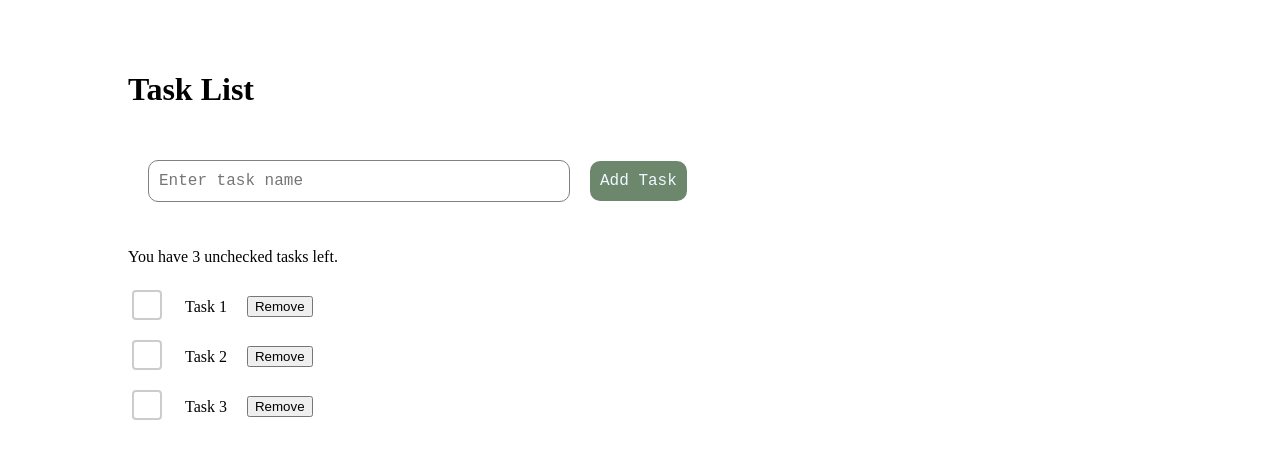
Repository: SandyLy453/task-list
Page: /
An editor plug-in stored every save of this project. The page is shown before and after the next save, followed by the edit.
The browser window is 1280 px wide. The pictures show the whole page.
The project was rebuilt for these pictures with package versions that can differ from the ones it lists, and the page was loaded fresh each time. Also part of the build but not shown: vite.config.js.

Above is the page before, as saved 2024-10-11 15:30:33.

### src/App.jsx
import { useState } from 'react';
import Task from './components/Task';
import TaskForm from './components/TaskForm';

function App() {
  const [tasks, setTasks] = useState([
    { name: 'Task 1', checked: false },
    { name: 'Task 2', checked: false },
    { name: 'Task 3', checked: false }
  ]);

  // Function to calculate the number of unchecked tasks
  const getUncheckedCount = () => {
    return tasks.filter((task) => !task.checked).length;
  };

  // Function to add a new task
  const addTask = (taskName) => {
    setTasks([...tasks, { name: taskName, checked: false }]); // New tasks are unchecked by default
  };

  // Function to remove a task
  const removeTask = (taskName) => {
    setTasks(tasks.filter((task) => task.name !== taskName));
  };

  // Function to toggle the task status
  const toggleTaskStatus = (taskName) => {
    const updatedTasks = tasks.map((task) =>
      task.name === taskName ? { ...task, checked: !task.checked } : task
    );
    setTasks(updatedTasks); // Update the task's checked status in the parent state
  };

  return (
    <>
      <div className="container">
        <h1>Task List</h1>
        <TaskForm addTask={addTask} />
        <p>You have {getUncheckedCount()} unchecked tasks left.</p>
        <div>
          {tasks.map((task, index) => (
            <Task
              key={index}
              name={task.name}
              checked={task.checked}
              toggleTaskStatus={toggleTaskStatus}
              removeTask={removeTask}
            />
          ))}
        </div>
      </div>
    </>
  );
}

export default App;

### src/index.css
.container {
  padding: 20px;
  margin: 30px 100px;
}

.inputBox {
  padding: 10px 0 10px 0;
}

.input {
  height: 20px;
  width: 400px;
  padding: 10px;
  font-size: 16px;
  font-family: monospace;
  margin: 20px;
  border-radius: 10px;
  border: 1px solid gray;
}

.sm-btn{
  height: 40px;
  padding: 10px;
  font-size: 16px;
  font-family: monospace;
  background-color: rgb(108, 135, 108);
  color: aliceblue;
  border: none;
  border-radius: 10px;
}

.sm-btn:hover {
  background-color: rgb(84, 103, 84);
}

.task {
  display: flex;
  flex-direction: row;
  align-items: center;
  gap: 20px;
}

.checkBox {
  width: 30px;
  height: 30px;
  appearance: none;
  background-color: white;
  border: 2px solid #ccc;
  border-radius: 4px;
  cursor: pointer;
  position: relative;
}

.checkBox:checked {
  color: rgb(108, 135, 108);
}

### src/components/Task.jsx
import { useRef, useEffect } from "react";

export default function Task({ name, checked, removeTask, toggleTaskStatus }) {
  const checkboxRef = useRef(null);
  const taskNameRef = useRef(null);

  useEffect(() => {
    const checkbox = checkboxRef.current;
    const crossText = taskNameRef.current;

    // Handle the initial checked state
    if (checked) {
      checkbox.checked = true;
      crossText.style.textDecoration = "line-through";
    } else {
      checkbox.checked = false;
      crossText.style.textDecoration = "none";
    }

    const handleCheckBoxChange = () => {
      toggleTaskStatus(name);
    };

    checkbox.addEventListener("change", handleCheckBoxChange);

    return () => {
      checkbox.removeEventListener("change", handleCheckBoxChange);
    };
  }, [name, checked, toggleTaskStatus]);

  return (
    <>
      <div className="task">
        <label>
          <input type="checkbox" ref={checkboxRef} className="checkBox"/>
        </label>
        <p ref={taskNameRef} className="content">{name}</p>
        <button className="task-delete" onClick={() => removeTask(name)}>
          Remove
        </button>
      </div>
    </>
  );
}

### src/components/TaskForm.jsx
import { useState } from "react";

export default function TaskForm({ addTask }) {
  const [inputValue, setInputValue] = useState("");

  const handleSubmit = (e) => {
    e.preventDefault();
    if (inputValue.trim() !== "") {
      addTask(inputValue);
      setInputValue(""); // clear the input
    }
  };

  return (
    <form onSubmit={handleSubmit} className="inputBox">
      <input
        type="text"
        value={inputValue}
        onChange={(e) => setInputValue(e.target.value)}
        placeholder="Enter task name"
        className="input"
      />
      <button type="submit" className="sm-btn">Add Task</button>
    </form>
  );
}

Loaded but not shown: index.html (common file); src/main.jsx (common file)

After the next save:
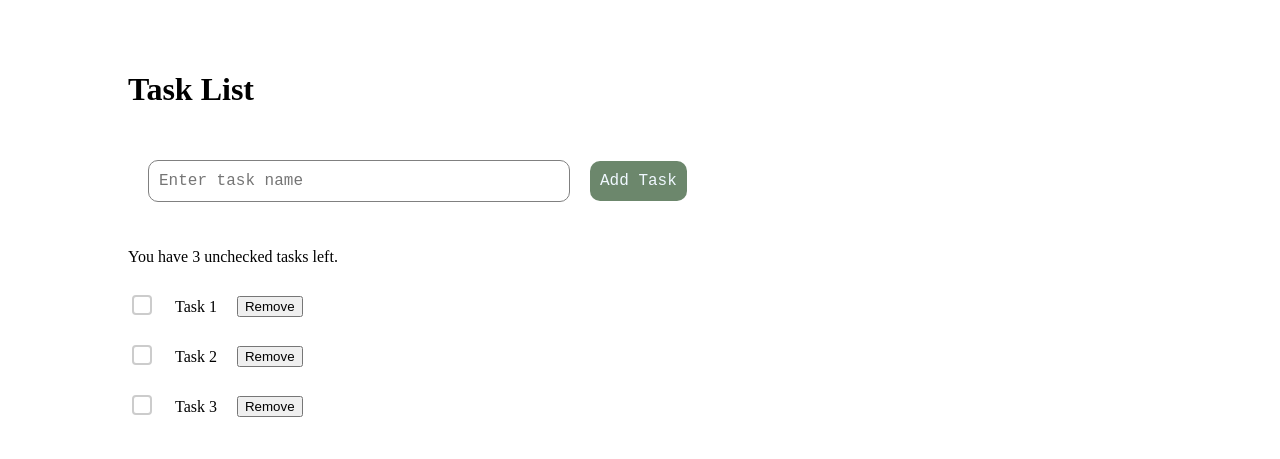
Saved 10 s later.
--- a/src/index.css
+++ b/src/index.css
@@ -41,8 +41,8 @@
 }
 
 .checkBox {
-  width: 30px;
-  height: 30px;
+  width: 20px;
+  height: 20px;
   appearance: none;
   background-color: white;
   border: 2px solid #ccc;
